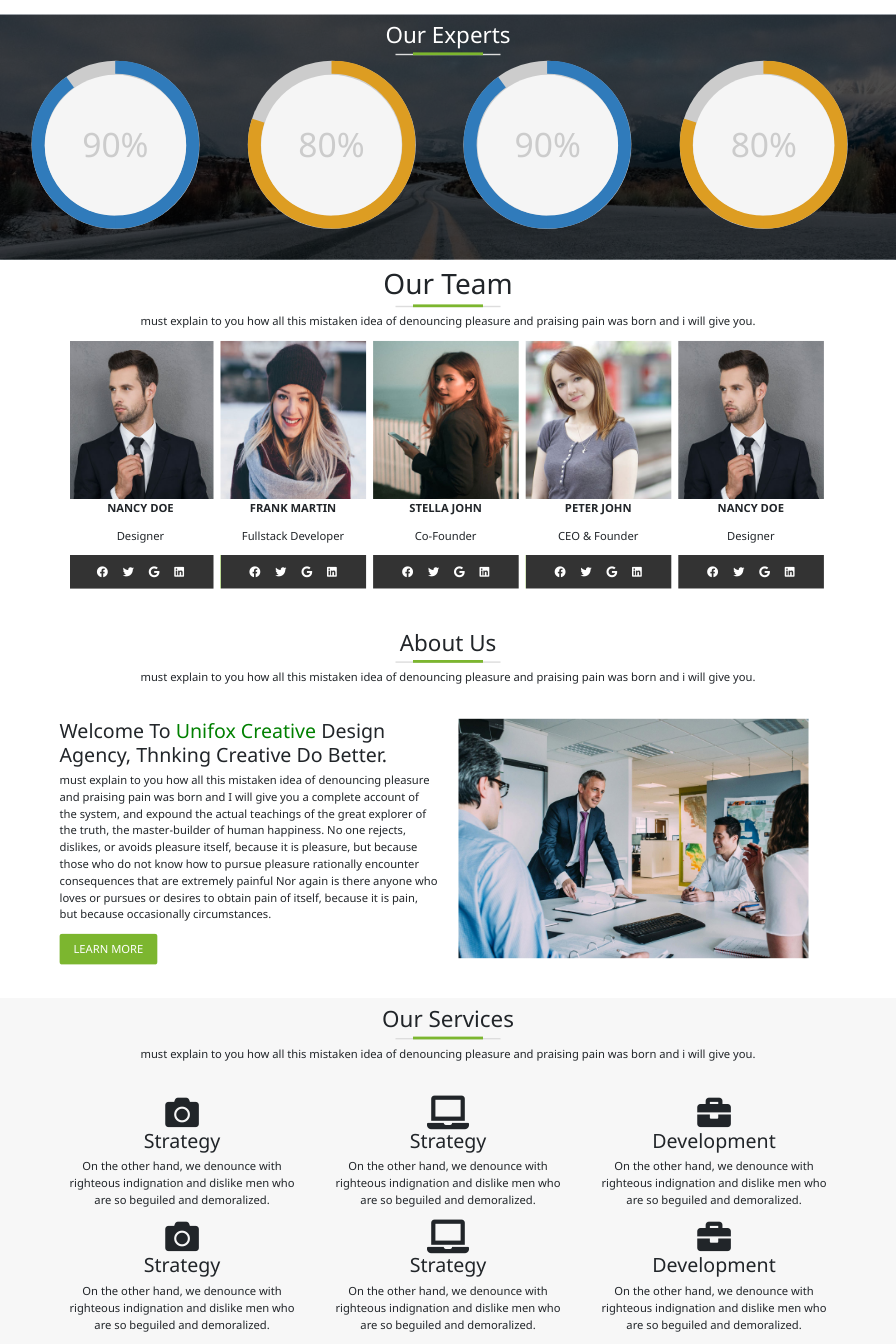
Repository: ibrkhalil/Uniforce-First-Attempt
Page: index.html
The author's editor kept a copy of each file at every save. The page is drawn from the files as they stood at one save, then again after the next save.
The browser window is 1280 px wide. The pictures show the part of the page from y = 1047 to 2967 px (the page is 2967 px tall), at 70% of full size.
Backgrounds fixed to the window are drawn as part of the page.

Above is the page before, as saved 2021-01-24 02:44:44.

### index.html
<!DOCTYPE html>
<html lang="en">
  <head>
    <meta charset="UTF-8" />
    <link rel="stylesheet" href="./bootstrap.min.css" />
    <link rel="stylesheet" href="owl.carousel.css" />
    <link rel="preconnect" href="https://fonts.gstatic.com" />
    <link rel="stylesheet" href="./jquery-ui.css" />
    <link
      rel="stylesheet"
      href="https://use.fontawesome.com/releases/v5.15.2/css/all.css"
      integrity="sha384-vSIIfh2YWi9wW0r9iZe7RJPrKwp6bG+s9QZMoITbCckVJqGCCRhc+ccxNcdpHuYu"
      crossorigin="anonymous"
    />
    <link rel="stylesheet" href="./circle.css" />
    <link
      href="https://fonts.googleapis.com/css2?family=Open+Sans&display=swap"
      rel="stylesheet"
    />
    <link rel="stylesheet" href="style.css" />
    <meta name="viewport" content="width=device-width, initial-scale=1.0" />
    <title>Unifox</title>
  </head>

  <body>
    <div class="main-nav">
      <nav
        class="navbar navbar-expand-lg justify-content-around sticky-top navbar-fixed-top"
      >
        <!-- <div class="container"> -->
        <a class="navbar-brand" href="#"><h3 class="unifox">UNIFOX</h3></a>
        <button
          class="navbar-toggler"
          type="button"
          data-toggle="collapse"
          data-target="#navbarSupportedContent"
          aria-controls="navbarSupportedContent"
          aria-expanded="false"
          aria-label="Toggle navigation"
        >
          <span class="fa fa-bars fa-3x"></span>
        </button>
        <div class="">
          <div class="nav-items">
            <div class="collapse navbar-collapse" id="navbarSupportedContent">
              <ul class="navbar-nav mr-auto">
                <li class="item">
                  <a class="nav-link active" href="#">HOME</a>
                </li>
                <li class="nav-item"><a class="nav-link" href="#">ABOUT</a></li>
                <li class="nav-item">
                  <a class="nav-link" href="#">SERVICES</a>
                </li>
                <li class="nav-item">
                  <a class="nav-link" href="#">POROFOLIO</a>
                </li>
                <li class="nav-link"><a href="#">PRICES</a></li>
                <li class="nav-link"><a href="#">TEAM</a></li>
                <li class="nav-link"><a href="#">TESTIMONIALS</a></li>
                <li class="nav-link"><a href="#">BLOG</a></li>
                <li class="nav-link"><a href="#">CONTACT</a></li>
              </ul>
            </div>
          </div>
        </div>

        <!-- </div> -->
      </nav>

      <!-- nav end -->

      <div class="jumbotron">
        <h1 class="display-4 jumbo-main-text">
          <strong>Unifox Creative & Unique.</strong>
        </h1>
        <p class="lead jumbo-subtext">
          Unifox Denounce With Righteous Indignation And Dislike Men Who Are So
          Beguiled And Demoralized By The Charms Of Pleasure Of The Moment.
        </p>

        <div class="jumbo-btns">
          <p class="lead">
            <a class="btn jumbo-btn btn-primary btn-lg" href="#" role="button"
              >Download Now</a
            >
          </p>
          <p class="lead">
            <a class="btn jumbo-btn btn-primary btn-lg" href="#" role="button"
              >Discover More</a
            >
          </p>
        </div>
      </div>
      <!-- jumbotron end -->
      <!-- heading end -->
    </div>
    <div class="counting-number parallax">
      <div class="container-fluid">
        <div class="row">
          <div class="col-md-3">
            <i class="fa counting-icon fa-cloud fa-5x"></i>
            <h1 class="counter" data-count="500">0</h1>
            <h4>Project Complete</h4>
          </div>
          <div class="col-md-3">
            <i class="fa counting-icon fa-user fa-5x"></i>
            <h1 class="counter" data-count="1500">0</h1>
            <h4>Satisfied Customer</h4>
          </div>
          <div class="col-md-3">
            <i class="fa counting-icon fa-folder-open fa-5x"></i>
            <h1 class="counter" data-count="1500">0</h1>
            <h4>Working Hours</h4>
          </div>
          <div class="col-md-3">
            <i class="fa counting-icon fa-plug fa-5x"></i>
            <h1 class="counter" data-count="3200">0</h1>
            <h4>Lines of Code</h4>
          </div>
        </div>
      </div>
    </div>

    <br />
    <br />

    <!-- Counting number div -->
    <div class="our-experts-main">
      <h2 class="our-experts-word line">Our Experts</h2>

      <div class="our-experts">
        <div class="clearfix circular-icons">
          <div class="c100 p90 big blue">
            <span>90%</span>
            <div class="slice">
              <div class="bar"></div>
              <div class="fill"></div>
            </div>
          </div>
          <div class="c100 p80 big orange">
            <span>80%</span>
            <div class="slice">
              <div class="bar"></div>
              <div class="fill"></div>
            </div>
          </div>
          <div class="c100 p90 big blue">
            <span>90%</span>
            <div class="slice">
              <div class="bar"></div>
              <div class="fill"></div>
            </div>
          </div>

          <div class="c100 p80 big orange">
            <span>80%</span>
            <div class="slice">
              <div class="bar"></div>
              <div class="fill"></div>
            </div>
          </div>
        </div>
        <!-- /green -->

        <!-- orange -->
        <div class="clearfix"></div>
      </div>
    </div>

    <!-- experts end -->

    <div class="our-team">
      <div class="container">
        <div class="our-team-text">
          <h1 class="line">Our Team</h1>

          <p>
            must explain to you how all this mistaken idea of denouncing
            pleasure and praising pain was born and i will give you.
          </p>
        </div>
        <div class="top-content">
          <div class="container-fluid">
            <div class="owl-carousel owl-theme">
              <div class="item">
                <img
                  src="./images/1 (1).jpg"
                  class="img-fluid mx-auto d-block"
                  alt="img1"
                />
                <strong class="team-member-name">
                  <p>STELLA JOHN</p>
                </strong>
                <p>Co-Founder</p>
                <div class="social-media-icons" data-content="Link Hover">
                  <div
                    class="container d-flex justify-content-around align-items-center"
                  >
                    <i class="fab fa-facebook"></i>
                    <i class="fab fa-twitter"></i>
                    <i class="fab fa-google"></i>
                    <i class="fab fa-linkedin"></i>
                  </div>
                </div>
              </div>

              <div class="item">
                <img
                  src="./images/2 (1).jpg"
                  class="img-fluid mx-auto d-block"
                  alt="img2"
                />
                <strong class="team-member-name">
                  <p>PETER JOHN</p>
                </strong>
                <p>CEO & Founder</p>
                <div class="social-media-icons">
                  <div
                    class="container d-flex justify-content-around align-items-center"
                  >
                    <i class="fab fa-facebook"></i>
                    <i class="fab fa-twitter"></i>
                    <i class="fab fa-google"></i>
                    <i class="fab fa-linkedin"></i>
                  </div>
                </div>
              </div>

              <div class="item">
                <img
                  src="./images/3 (1).jpg"
                  class="img-fluid mx-auto d-block"
                  alt="img3"
                />
                <strong class="team-member-name">
                  <p>NANCY DOE</p>
                </strong>
                <p>Designer</p>
                <div class="social-media-icons">
                  <div
                    class="container d-flex justify-content-around align-items-center"
                  >
                    <i class="fab fa-facebook"></i>
                    <i class="fab fa-twitter"></i>
                    <i class="fab fa-google"></i>
                    <i class="fab fa-linkedin"></i>
                  </div>
                </div>
              </div>

              <div class="item">
                <img
                  src="./images/4.jpg"
                  class="img-fluid mx-auto d-block"
                  alt="img4"
                />
                <strong class="team-member-name">
                  <p>FRANK MARTIN</p>
                </strong>
                <p>Fullstack Developer</p>
                <div class="social-media-icons">
                  <div
                    class="container d-flex justify-content-around align-items-center"
                  >
                    <i class="fab fa-facebook"></i>
                    <i class="fab fa-twitter"></i>
                    <i class="fab fa-google"></i>
                    <i class="fab fa-linkedin"></i>
                  </div>
                </div>
              </div>
            </div>
          </div>
        </div>
      </div>
    </div>
        <section class="about-section my-5 green-bottom-border">
            <div class="container">
                <h2 class="line">About Us</h2>
                <p class="mb-5 aligny-center">must explain to you how all this mistaken idea of denouncing pleasure and praising pain was born and i will give you.</p>
                <div class="row">
                    <div class="col-md-6"><h3>Welcome To <span class="green-color">Unifox Creative</span> Design Agency, Thnking Creative Do Better.</h3><p>must explain to you how all this mistaken idea of denouncing pleasure and praising pain was born and I will give you a complete account of the system, and expound the actual teachings of the great explorer of the truth, the master-builder of human happiness. No one rejects, dislikes, or avoids pleasure itself, because it is pleasure, but because those who do not know how to pursue pleasure rationally encounter consequences that are extremely painful Nor again is there anyone who loves or pursues or desires to obtain pain of itself, because it is pain, but because occasionally circumstances.</p>
                    <a href="#" class="btn social-media-icons-invert">LEARN MORE</a>
                    </div>
                    <div class="col-md-6">
                        <img src="./about-bg.jpg" src="about" width="500px">
                    </div>
                </div>
            </div>
            </section>

            <section class="our-services">
                    <div class="container">

                        <h2 class="our-services-word line">
                            Our Services
                        </h2>
                        <p class="aligny-center mb-5">must explain to you how all this mistaken idea of denouncing pleasure and praising pain was born and i will give you.</p>
                        <div class="row">
                            <div class="col-md-4">
                                <i class="green-filled-border fa fa-camera fa-3x"></i>
                                <h3>Strategy</h3>
                                <p>On the other hand, we denounce with righteous indignation and dislike men who are so beguiled and demoralized.</p>
                            </div>
                            <div class="col-md-4">
                                <i class="green-filled-border fa fa-laptop fa-3x"></i>
                                <h3>Strategy</h3>
                                <p>On the other hand, we denounce with righteous indignation and dislike men who are so beguiled and demoralized.</p>
                            </div>
                            <div class="col-md-4">
                                <i class="green-filled-border fa fa-briefcase fa-3x"></i>
                                <h3>Development</h3>
                                <p>On the other hand, we denounce with righteous indignation and dislike men who are so beguiled and demoralized.</p>
                            </div>
                        </div>
                        <div class="row">
                            <div class="col-md-4">
                                <i class="green-filled-border fa fa-camera fa-3x"></i>
                                <h3>Strategy</h3>
                                <p>On the other hand, we denounce with righteous indignation and dislike men who are so beguiled and demoralized.</p>
                            </div>
                            <div class="col-md-4">
                                <i class="green-filled-border fa fa-laptop fa-3x"></i>
                                <h3>Strategy</h3>
                                <p>On the other hand, we denounce with righteous indignation and dislike men who are so beguiled and demoralized.</p>
                            </div>
                            <div class="col-md-4">
                                <i class="green-filled-border fa fa-briefcase fa-3x"></i>
                                <h3>Development</h3>
                                <p>On the other hand, we denounce with righteous indignation and dislike men who are so beguiled and demoralized.</p>
                            </div>
                        </div>


                    </div>
            </section>



    <script src="./jquery.js"></script>
    <script src="./jquery-ui.js"></script>
    <script src="./owl.carousel.js"></script>
    <script src="./owl.autoplay.js"></script>
    <script src="./bootstrap.js"></script>
    <script src="./script.js"></script>
  </body>
</html>

### style.css
*{
    margin: 0;
    padding: 0;
}
body{
    font-family: 'Segoe UI', Tahoma, Geneva, Verdana, sans-serif;
}
.nav-items{
    display: flex;
    width: 100%;
    justify-content: space-between;
}

.main-nav h3{
    font-family: 'Open Sans', sans-serif;
    font-weight: bold;
    font-size: x-large;
}
.main-nav{
    transition: all 200ms;
    font-size: small;
    background: linear-gradient(to right, #96c93d, #00b09b);
    height: 100vh;
}
.main-nav a{
    text-decoration: none;
    color: white;
    border: none;
}
 .main-nav li, .main-nav h3 {
    margin-top: 1rem;
}
.circular-icons{
    display: flex;
    justify-content: space-between;
}
.jumbotron{
    text-align: center;
    margin-top: 5rem;
    color: white;
    background-color: transparent;
}
.jumbo-btn{
    background-color: #7CB62F;
}

.navbar-fixed-top a:hover{
    color: #3e3e3e;
}
.navbar-fixed-top.scrolled {
    width: 100vw;
    background-color: #fff !important;
    /* padding: 0.5rem 0; */
    /* transition: all 200ms ease; */

  }
/* .navbar-fixed-top.scrolled  a{
    color: black;

  } */
  .navbar-fixed-top.scrolled  a:hover{
    color: gray;

  }
.jumbo-btns{
    display: flex;
    justify-content: center;
}
.jumbo-subtext{

    margin: 2rem auto;
    width: 50%;
}
.jumbo-main-text{
font-weight: 400;
}
.jumbo-btns p{
   margin-right: 0.5rem;
}
.lead-btns a{
    display: flex;
    border: none;
}
.parallax {
    background-image: url("./fun_facts_bg.jpg");
    height: 300px;
    background-blend-mode: overlay;
    background-attachment: fixed;
    background-position: center;
    background-repeat: no-repeat;
    background-size: cover;
    background-color: rgba(0, 0, 0,0.7);
    color: white;
    text-align: center;
    display: flex;
    align-items: center;
  }
  .parallax img {
      height: 300px;
      object-fit: cover;
  }
  .counting-icon{
      padding: 2rem;
      background-color: #96c93d ;
      border-radius: 50%;
  }
.jumbo-btn:hover{
    transition: 1s;
    background-color: black;
}
.line{
    position: relative;
    text-align: center;
    padding: 10px 0;
}
.line::after , .line::before{
    content: "";
    width: 100px;
    height: 4px;
    position: absolute;
    background-color: #7CB62F;
    left: 50%;
    transform: translate(-50%,0);
    bottom: 0;
}
.line::before{
    height: 2px;
    background-color: #ddd;
    width: 150px;
}


.clearfix:before,.clearfix:after {content: " "; display: table;}
.clearfix:after {clear: both;}
.clearfix {*zoom: 1;}


.our-experts-main{
    background-image: url("./skill-bg.jpg");
    height: 350px;
    background-blend-mode: overlay;
    background-attachment: fixed;
    background-position: center;
    background-repeat: no-repeat;
    background-size: cover;
    background-color: rgba(0, 0, 0,0.7);
    color: white;
}
.our-experts-main:first-child{
    display: flex;
    justify-content: center;
}
.our-experts h2{
    display: block !important;
}
.our-team{
    text-align: center;
}
@media (min-width: 768px) and (max-width: 991px) {
    /* Show 4th slide on md if col-md-4*/
    .carousel-inner .active.col-md-4.carousel-item + .carousel-item + .carousel-item + .carousel-item {
        position: absolute;
        top: 0;
        right: -33.3333%;  /*change this with javascript in the future*/
        z-index: -1;
        display: block;
        visibility: visible;
    }
}
@media (min-width: 576px) and (max-width: 768px) {
    /* Show 3rd slide on sm if col-sm-6*/
    .carousel-inner .active.col-sm-6.carousel-item + .carousel-item + .carousel-item {
        position: absolute;
        top: 0;
        right: -50%;  /*change this with javascript in the future*/
        z-index: -1;
        display: block;
        visibility: visible;
    }
}
@media (min-width: 576px) {
    .carousel-item {
        margin-right: 0;
    }
    /* show 2 items */
    .carousel-inner .active + .carousel-item {
        display: block;
    }
    .carousel-inner .carousel-item.active:not(.carousel-item-right):not(.carousel-item-left),
    .carousel-inner .carousel-item.active:not(.carousel-item-right):not(.carousel-item-left) + .carousel-item {
        transition: none;
    }
    .carousel-inner .carousel-item-next {
        position: relative;
        transform: translate3d(0, 0, 0);
    }
    /* left or forward direction */
    .active.carousel-item-left + .carousel-item-next.carousel-item-left,
    .carousel-item-next.carousel-item-left + .carousel-item,
    .carousel-item-next.carousel-item-left + .carousel-item + .carousel-item {
        position: relative;
        transform: translate3d(-100%, 0, 0);
        visibility: visible;
    }
    /* farthest right hidden item must be also positioned for animations */
    .carousel-inner .carousel-item-prev.carousel-item-right {
        position: absolute;
        top: 0;
        left: 0;
        z-index: -1;
        display: block;
        visibility: visible;
    }
    /* right or prev direction */
    .active.carousel-item-right + .carousel-item-prev.carousel-item-right,
    .carousel-item-prev.carousel-item-right + .carousel-item,
    .carousel-item-prev.carousel-item-right + .carousel-item + .carousel-item {
        position: relative;
        transform: translate3d(100%, 0, 0);
        visibility: visible;
        display: block;
        visibility: visible;
    }
}
/* MD */
@media (min-width: 768px) {
    /* show 3rd of 3 item slide */
    .carousel-inner .active + .carousel-item + .carousel-item {
        display: block;
    }
    .carousel-inner .carousel-item.active:not(.carousel-item-right):not(.carousel-item-left) + .carousel-item + .carousel-item {
        transition: none;
    }
    .carousel-inner .carousel-item-next {
        position: relative;
        transform: translate3d(0, 0, 0);
    }
    /* left or forward direction */
    .carousel-item-next.carousel-item-left + .carousel-item + .carousel-item + .carousel-item {
        position: relative;
        transform: translate3d(-100%, 0, 0);
        visibility: visible;
    }
    /* right or prev direction */
    .carousel-item-prev.carousel-item-right + .carousel-item + .carousel-item + .carousel-item {
        position: relative;
        transform: translate3d(100%, 0, 0);
        visibility: visible;
        display: block;
        visibility: visible;
    }
}
/* LG */
@media (min-width: 991px) {
    /* show 4th item */
    .carousel-inner .active + .carousel-item + .carousel-item + .carousel-item {
        display: block;
    }
    .carousel-inner .carousel-item.active:not(.carousel-item-right):not(.carousel-item-left) + .carousel-item + .carousel-item + .carousel-item {
        transition: none;
    }
    /* Show 5th slide on lg if col-lg-3 */
    .carousel-inner .active.col-lg-3.carousel-item + .carousel-item + .carousel-item + .carousel-item + .carousel-item {
        position: absolute;
        top: 0;
        right: -25%;  /*change this with javascript in the future*/
        z-index: -1;
        display: block;
        visibility: visible;
    }
    /* left or forward direction */
    .carousel-item-next.carousel-item-left + .carousel-item + .carousel-item + .carousel-item + .carousel-item {
        position: relative;
        transform: translate3d(-100%, 0, 0);
        visibility: visible;
    }
    /* right or prev direction //t - previous slide direction last item animation fix */
    .carousel-item-prev.carousel-item-right + .carousel-item + .carousel-item + .carousel-item + .carousel-item {
        position: relative;
        transform: translate3d(100%, 0, 0);
        visibility: visible;
        display: block;
        visibility: visible;
    }
}
.social-media-icons{
    color: white;
    padding: 1rem;
    /* background: red; */
    background: linear-gradient(to left, #333 50%, #7CB62F 50%) right;
    background-size: 200%;
    transition: 1s ease;
}
.social-media-icons:hover{
    background-position:left;
}
.social-media-icons i{
    cursor: pointer;
}
.social-media-icons-invert{
    color: white;
    padding: 1rem;
    background: linear-gradient(to left, #7CB62F 50%, #333 50%) right;
    background-size: 200%;
    transition: 1s ease;
}
.social-media-icons-invert:hover{
    background-position:left;
}

.aligny-center{
    text-align: center;
}
.green-color{
    color: green;
}
.about-section a{
    padding: 10px 20px;
    border: none;
    background-color: #7CB62F;
    color: white;
}
.our-services{
    background-color: #F7F7F7;
    text-align: center;
}
.green

.social-media-icons .fab:hover{
    transition: 1s;
    color: gold;
}
.carousel-item:nth-child(2){
    margin-bottom: 1rem;
}

@media screen and (max-width: 768px){
    /* .navbar-nav{ */
        .navbody{
        display: none;
        justify-content: center;
        width: 100vw;
        /* float: right; */
    }
}

Loaded but not shown: bootstrap.min.css (library); owl.carousel.css (library); jquery-ui.css (library); jquery.js (library); jquery-ui.js (library); owl.carousel.js (library); owl.autoplay.js (library); bootstrap.js (library); script.js (88 lines, source omitted); circle.css (879 lines, source omitted)

After the next save:
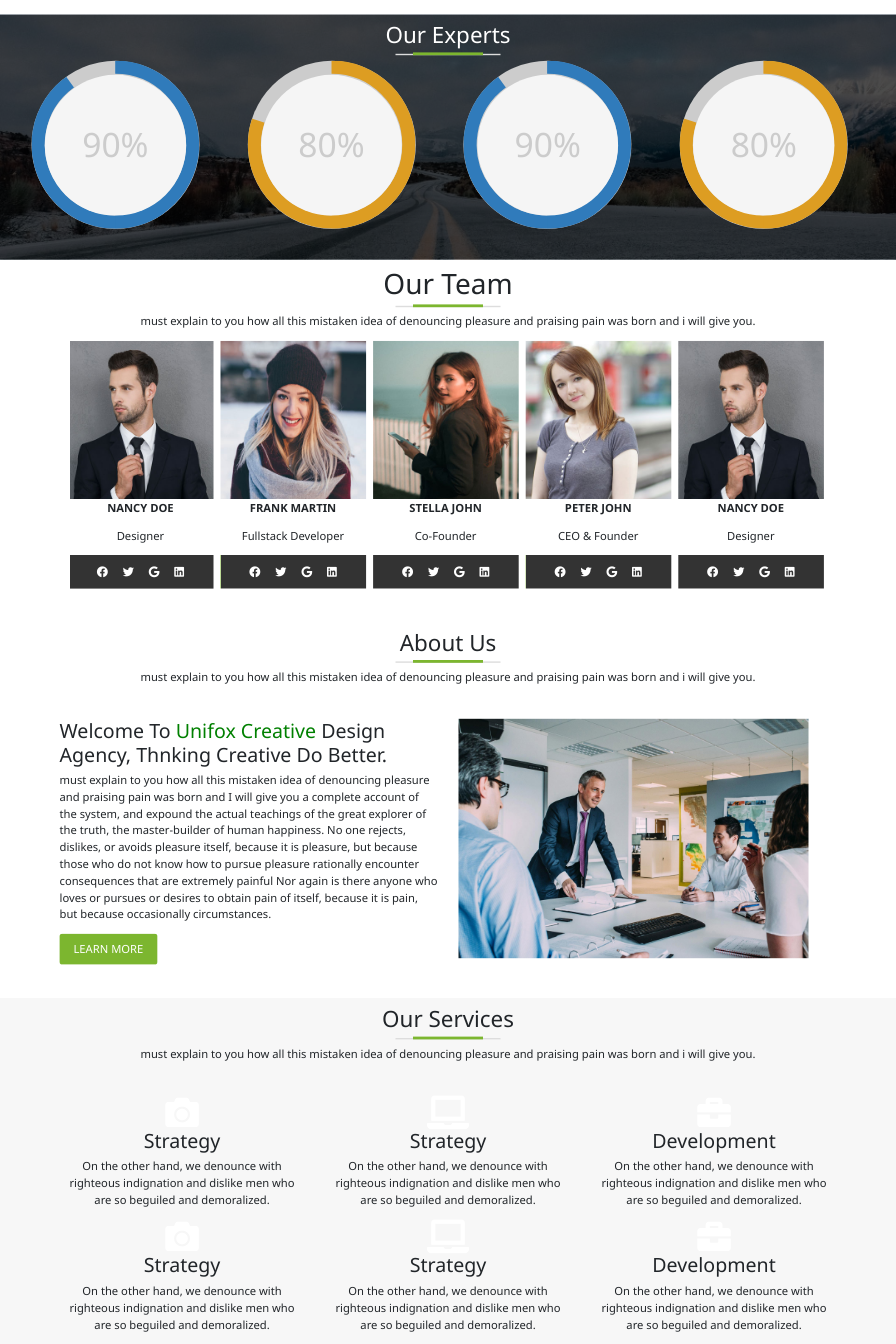
Saved 9 s later.
--- a/style.css
+++ b/style.css
@@ -324,7 +324,10 @@ font-weight: 400;
     background-color: #F7F7F7;
     text-align: center;
 }
-.green
+.green-filled-border{
+    color: white;
+
+}
 
 .social-media-icons .fab:hover{
     transition: 1s;
